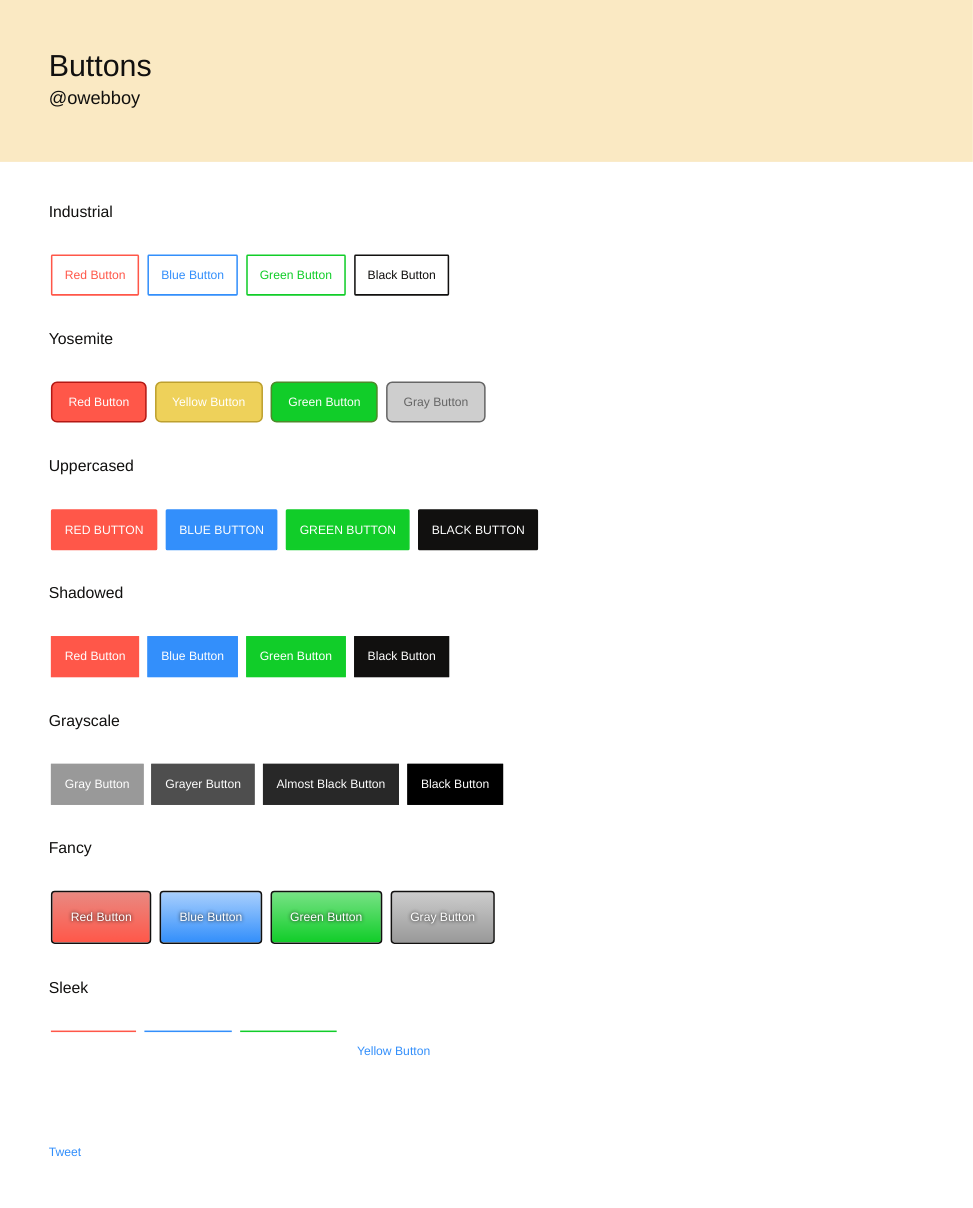
Repository: TheJaredWilcurt/buttons
Page: index.html
The author's editor kept a record of every edit. The page is drawn from the files as they stood at one moment, then again after the next edit.
The browser window is 1280 px wide. The pictures show the whole page, at 76% of full size.

Above is the page before.

After the next edit:
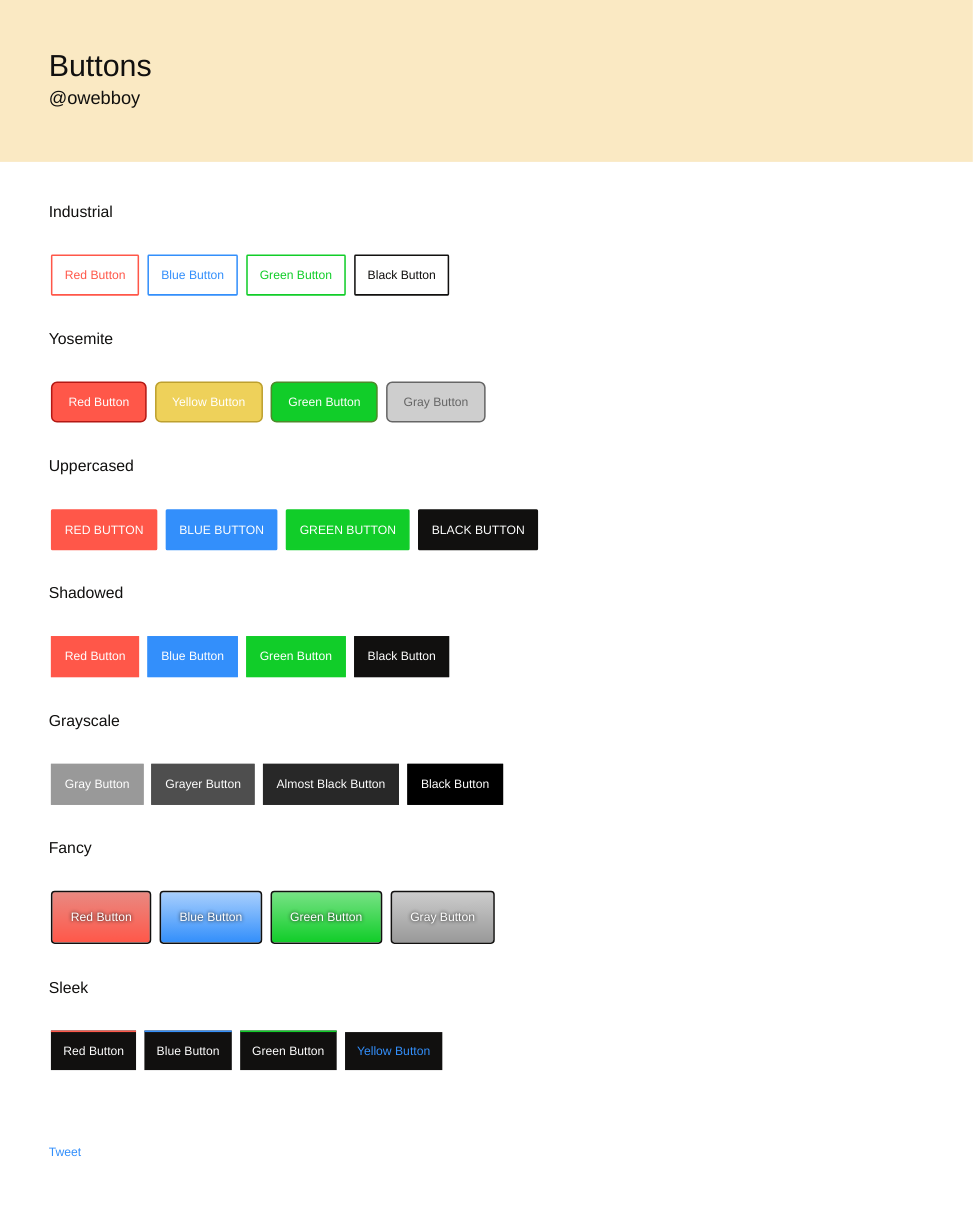
The edit:
--- a/buttons.css
+++ b/buttons.css
@@ -69,7 +69,7 @@
 .fancy-gray { background: linear-gradient(#ccc, #999); }
 
 /* SLEEK */
-a[class*="sleek"], button[class*="sleek"] { padding: 1em; font-weight: 500; transition: .5s all; -webkit-transition: .5s all; }
+a[class*="sleek"], button[class*="sleek"] { padding: 1em; font-weight: 500; transition: .5s all; -webkit-transition: .5s all; background: #11100F; }
 .sleek-red { border-top: 2px solid #FF5749; color: #fff; }
 .sleek-blue { border-top: 2px solid #338FFB; color: #fff; }
 .sleek-green { border-top: 2px solid #11CD29; color: #fff; }
